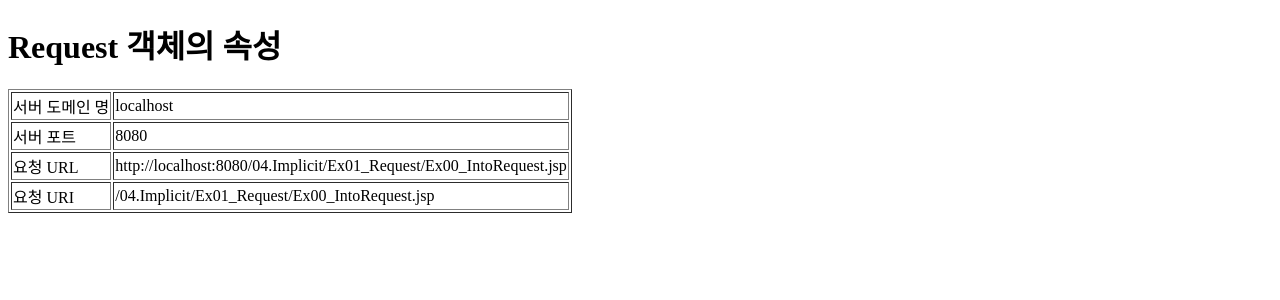
Repository: joeunpyeong/javaA
Page: http://localhost/04.Implicit/Ex01_Request/Ex00_IntoRequest.jsp
The author's editor kept a copy of each file at every save. The page is drawn from the files as they stood at one save, then again after the next save.
The browser window is 1280 px wide. The pictures show the whole page.
The page is served by Tomcat 9. Other server files are loaded and not shown.

Above is the page before, as saved 2023-05-22 01:39:36.

### 04.Implicit/src/main/webapp/Ex01_Request/Ex00_IntoRequest.jsp
<%@ page language="java" contentType="text/html; charset=UTF-8"
    pageEncoding="UTF-8"%>
<!DOCTYPE html>
<html>
<head>
<meta charset="UTF-8">
<title>Insert title here</title>
</head>
<body>
	<h1>Request 객체의 속성</h1>
	<table border="1">
		<tr>
			<td>서버 도메인 명</td>
			<td><%=request.getServerName()%></td>
		</tr>
		<tr>
			<td>서버 포트</td>
			<td><%=request.getServerPort()%></td>
		</tr>
		<tr>
			<td>요청 URL</td>
			<td><%=request.getRequestURL()%></td>
		</tr>
		<tr>
			<td>요청 URI</td>
			<td><%=request.getRequestURI()%></td>
		</tr>
	</table>



</body>
</html>

After the next save:
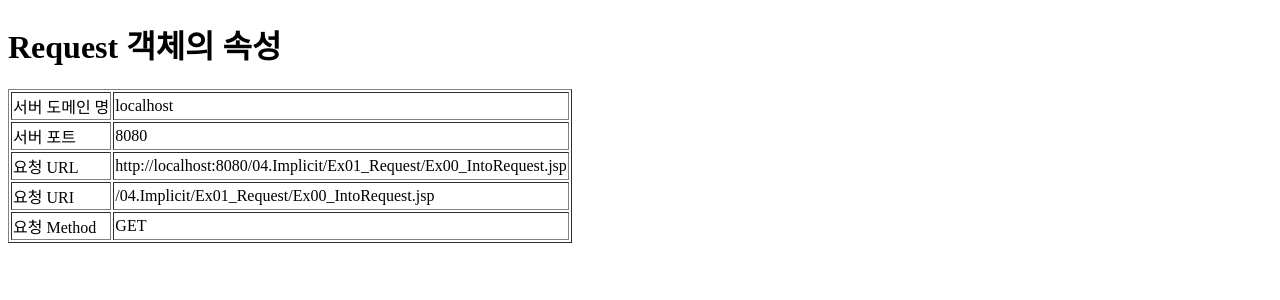
Saved 41 s later.
--- a/04.Implicit/src/main/webapp/Ex01_Request/Ex00_IntoRequest.jsp
+++ b/04.Implicit/src/main/webapp/Ex01_Request/Ex00_IntoRequest.jsp
@@ -25,6 +25,10 @@
 			<td>요청 URI</td>
 			<td><%=request.getRequestURI()%></td>
 		</tr>
+		<tr>
+			<td>요청 Method</td>
+			<td><%=request.getMethod()%></td>
+		</tr>
 	</table>
 
 
